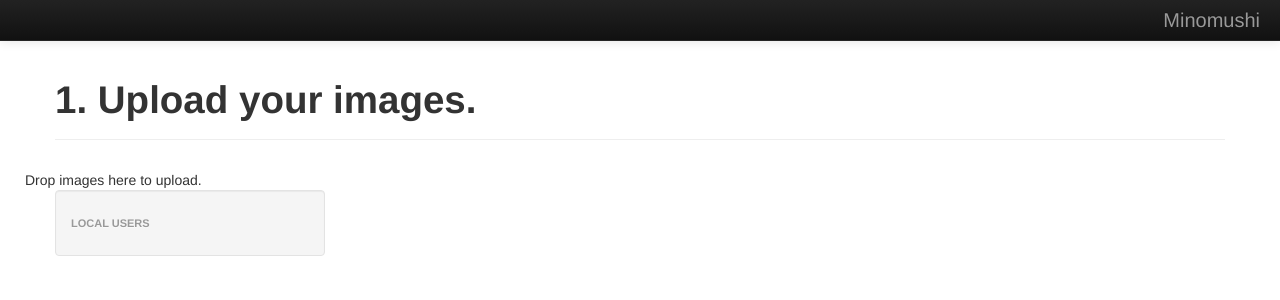
Repository: techiela/minomushi
Page: client/index.html
The author's editor kept a record of every edit. The page is drawn from the files as they stood at one moment, then again after the next edit.
The browser window is 1280 px wide. The pictures show the whole page.

Above is the page before.

### client/index.html
<!doctype html>
<html lang="en" ng-app>
  <head>
    <title>Minomushi : pretty image resizing for smartphone</title>
    <meta name="viewport" content="width=device-width, initial-scale=1.0">
    <link rel="stylesheet" href="/css/bootstrap.min.css">
    <link rel="stylesheet" href="/css/bootstrap-responsive.min.css">
    <style>
      body {
        padding-top: 60px;
      }
    </style>
    <script>
      function ChatController($scope) {

        $scope.messages = [];
        $scope.roster = [];
        $scope.name = '';
        $scope.text = '';

        $scope.send = function send() {
        };
      }
    </script>
  </head>
  <body>
    <div class="container" ng-controller="ChatController">
      <div class="navbar navbar-fixed-top navbar-inverse">
        <div class="navbar-inner">
          <div class="pull-right">
            <a href="/" class="brand">Minomushi</a>
          </div>
        </div>
      </div>
      <div class="page-header">
        <h1>1. Upload your images.</h1>
      </div>
      <div class="row">

        <!-- by me -->
        <div id="dropbox">
          <span class="box">Drop images here to upload. </span>
        </div>
        <!--/ by me -->

        <div class="span3">
          <ul class="nav nav-list well">
            <li class="nav-header">Local Users</li>
            </li>
          </ul>
        </div>
      </div>
    </div>
    <script src="/js/jquery.min.js"></script>
    <script src="/js/bootstrap.min.js"></script>
    <script src="/js/angular.min.js"></script>
  </body>
</html>

Loaded but not shown: client/css/bootstrap.min.css (library); client/css/bootstrap-responsive.min.css (library); client/js/jquery.min.js (library); client/js/bootstrap.min.js (library); client/js/angular.min.js (library)

After the next edit:
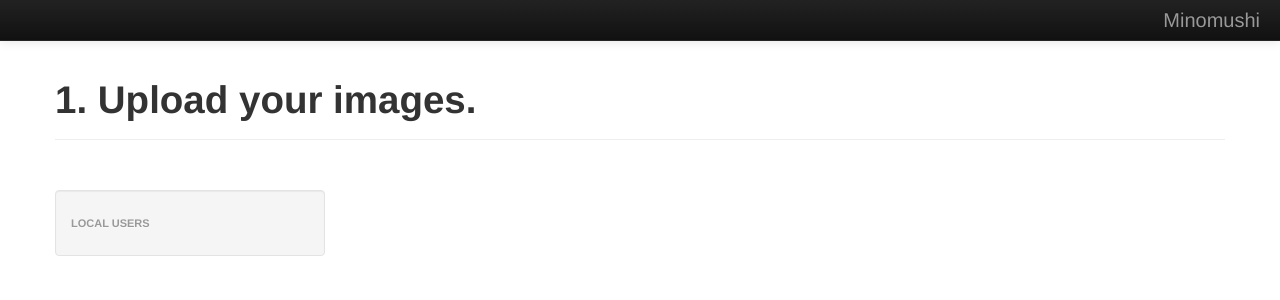
The edit:
--- a/client/index.html
+++ b/client/index.html
@@ -38,9 +38,10 @@
       <div class="row">
 
         <!-- by me -->
-        <div id="dropbox">
-          <span class="box">Drop images here to upload. </span>
-        </div>
+        <form action="/file-upload"
+              class="dropzone"
+              id="my-awesome-dropzone"></form>
+
         <!--/ by me -->
 
         <div class="span3">
